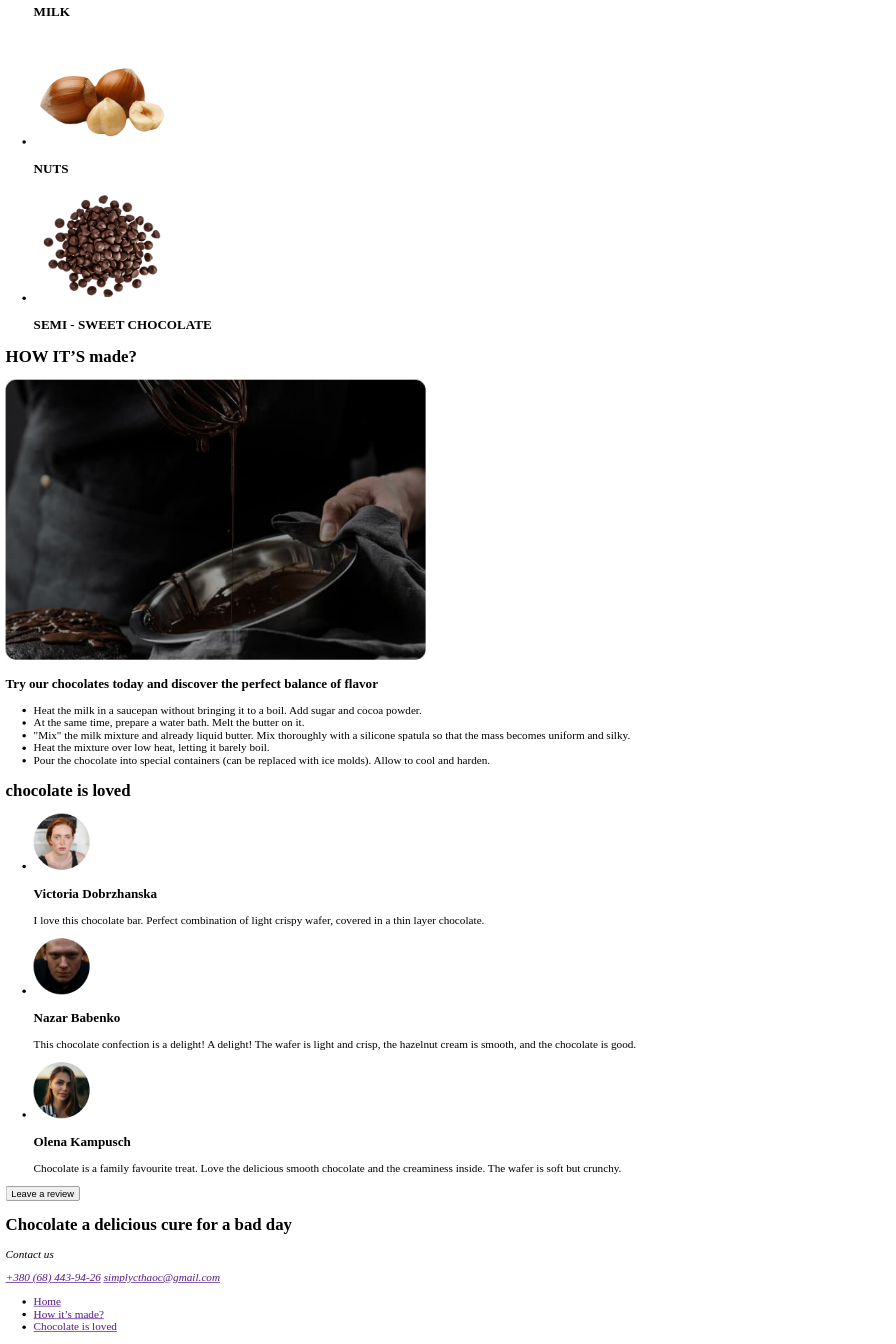
Repository: Sofiia-Khomyk/goit-markup-class-01
Page: index.html
These files come from the project's save history. The page is drawn as it stood at one moment and after the next save; the edit follows.
The browser window is 1280 px wide. The pictures show the part of the page from y = 1099 to 3019 px (the page is 3019 px tall), at 70% of full size.

Above is the page before, as saved 2024-11-11 16:28:56.

### index.html
<!DOCTYPE html>
<html lang="en">
  <head>
    <meta charset="UTF-8" />
    <meta name="viewport" content="width=device-width, initial-scale=1.0" />
    <title>Chocolate</title>
  </head>
  <body>
    <!-- Page Header -->
    <header>
      <nav>
        <a href=""
          >SIMPLY CHOCOLATE
          <img src="./images/chocolate-logo.svg" alt="site logo" />
        </a>
        <ul>
          <li>
            <a href="">Home</a>
          </li>
          <li>
            <a href="">How it’s made?</a>
          </li>
          <li>
            <a href="#reviews">Chocolate is loved</a>
          </li>
        </ul>
      </nav>
      <ul>
        <li>
          <a href="" target="_blank" rel="noopener noreferrer">Instagram</a>
        </li>
        <li>
          <a href="" target="_blank" rel="noopener noreferrer">Twitter</a>
        </li>
      </ul>
    </header>

    <main>
      <!-- Hero Section -->
      <section>
        <h1>
          Treat yourself or a loved one to our finest ingredients for a moment
          of pure delight!
        </h1>
        <button type="button">Buy now</button>
        <a href="">How it’s made</a>
        <a href="#benefits">scroll down</a>
      </section>
      <!-- Our Benefits -->
      <section id="benefits">
        <h2>Our Benefits</h2>
        <ul>
          <li>
            <h3>Unsurpassed taste</h3>
            <p>
              Crafted with the finest quality cocoa beans and a dedication to
              perfection, each bite is a decadent experience that simply cannot
              be matched. Savor the richness and complexity of our Unsurpassed
              Taste and discover a new level of chocolate bliss.
            </p>
          </li>
          <li>
            <h3>Affordable price</h3>
            <p>
              Indulge in high-quality chocolate without breaking the bank with
              Simply Chocolate's selection of affordable treats. Enjoy
              mouth-watering truffles and velvety chocolate bars without
              sacrificing taste or quality. Browse our selection and indulge in
              affordable luxury today.
            </p>
          </li>
          <li>
            <h3>Own production</h3>
            <p>
              We take pride in our own production process, ensuring that every
              step is carefully crafted to perfection. From selecting the finest
              ingredients to handcrafting each piece, our attention to detail is
              evident in every bite.
            </p>
          </li>
        </ul>
      </section>
      <!-- Ingredients Section -->
      <section>
        <h2>IT ALL ADDS UP TO ONE EXCEPTIONAL TASTE SENSATION</h2>
        <p>
          At Simply Chocolate, we believe that the secret to exceptional
          chocolate is in the details. From the sourcing of the finest
          ingredients to the careful crafting of each individual piece, every
          step of our process adds up to one exceptional taste sensation.
        </p>
        <ul>
          <li>
            <img
              src="./images/ingredients/milk-chocolate.png"
              alt="Milk chocolate"
              width="206"
              height="160"
            />
            <h3>MILK CHOCOLATE</h3>
          </li>
          <li>
            <img
              src="./images/ingredients/milk.png"
              alt="Milk"
              width="206"
              height="160"
            />
            <h3>MILK</h3>
          </li>
          <li>
            <img
              src="./images/ingredients/nuts.png"
              alt="Nuts"
              width="206"
              height="160"
            />
            <h3>NUTS</h3>
          </li>
          <li>
            <img
              src="./images/ingredients/coffee.png"
              alt="Semi Sweet Chocolate"
              width="206"
              height="160"
            />
            <h3>SEMI - SWEET CHOCOLATE</h3>
          </li>
        </ul>
      </section>
      <!-- How its made -->
      <section>
        <h2>HOW IT’S made?</h2>
        <img
          src="./images/made-chocolate/made-chocolate.jpg"
          alt="How it’s made"
          width="600"
          height="400"
        />
        <h3>
          Try our chocolates today and discover the perfect balance of flavor
        </h3>
        <ul>
          <li>
            Heat the milk in a saucepan without bringing it to a boil. Add sugar
            and cocoa powder.
          </li>
          <li>
            At the same time, prepare a water bath. Melt the butter on it.
          </li>
          <li>
            "Mix" the milk mixture and already liquid butter. Mix thoroughly
            with a silicone spatula so that the mass becomes uniform and silky.
          </li>
          <li>Heat the mixture over low heat, letting it barely boil.</li>
          <li>
            Pour the chocolate into special containers (can be replaced with ice
            molds). Allow to cool and harden.
          </li>
        </ul>
      </section>
      <!-- Reviews Section -->
      <section id="reviews">
        <h2>chocolate is loved</h2>
        <ul>
          <li>
            <img
              src="./images/reviews/vic-dob.png"
              alt="Victoria Dobrorzanska avatar"
              width="80"
              height="80"
            />
            <h3>Victoria Dobrzhanska</h3>
            <p>
              I love this chocolate bar. Perfect combination of light crispy
              wafer, covered in a thin layer chocolate.
            </p>
          </li>
          <li>
            <img
              src="./images/reviews/naz-bab.png"
              alt="Nazar Babenko avatar"
              width="80"
              height="80"
            />
            <h3>Nazar Babenko</h3>
            <p>
              This chocolate confection is a delight! A delight! The wafer is
              light and crisp, the hazelnut cream is smooth, and the chocolate
              is good.
            </p>
          </li>
          <li>
            <img
              src="./images/reviews/olen-kam.png"
              alt="Olena Kampusch avatar"
              width="80"
              height="80"
            />
            <h3>Olena Kampusch</h3>
            <p>
              Chocolate is a family favourite treat. Love the delicious smooth
              chocolate and the creaminess inside. The wafer is soft but
              crunchy.
            </p>
          </li>
        </ul>
        <button type="button">Leave a review</button>
      </section>
    </main>
    <!-- Page Footer -->
    <footer>
      <h2>Chocolate a delicious cure for a bad day</h2>
      <address>
        <p>Contact us</p>
        <a href="">+380 (68) 443-94-26</a>
        <a href="">simplycthаoc@gmail.com</a>
      </address>
      <ul>
        <li><a href="">Home</a></li>
        <li><a href="">How it’s made?</a></li>
        <li><a href="">Chocolate is loved</a></li>
      </ul>
    </footer>
  </body>
</html>

After the next save:
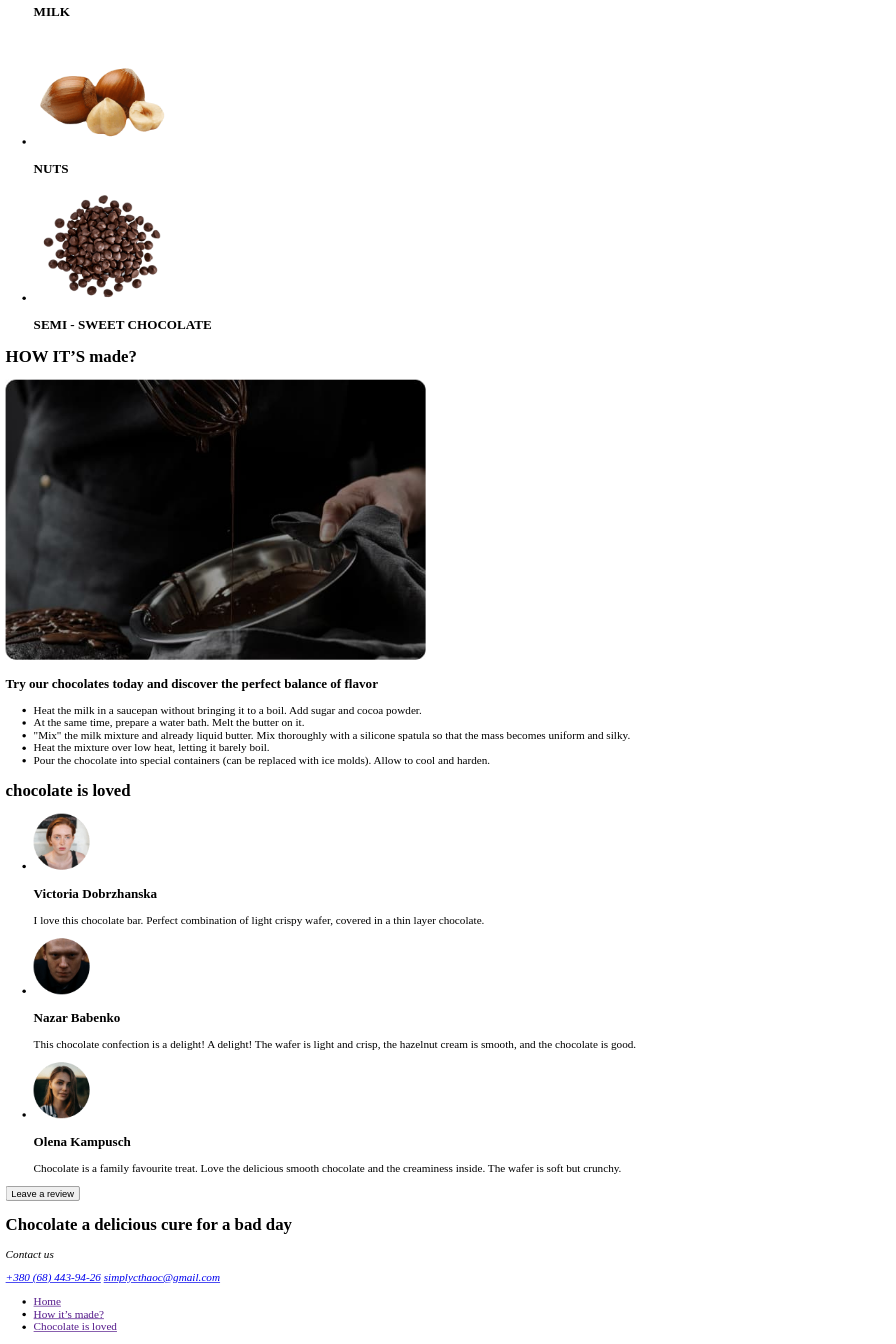
Saved 62 s later.
--- a/index.html
+++ b/index.html
@@ -213,8 +213,8 @@
       <h2>Chocolate a delicious cure for a bad day</h2>
       <address>
         <p>Contact us</p>
-        <a href="">+380 (68) 443-94-26</a>
-        <a href="">simplycthаoc@gmail.com</a>
+        <a href="tel:+3804439426">+380 (68) 443-94-26</a>
+        <a href="mailto:">simplycthаoc@gmail.com</a>
       </address>
       <ul>
         <li><a href="">Home</a></li>
